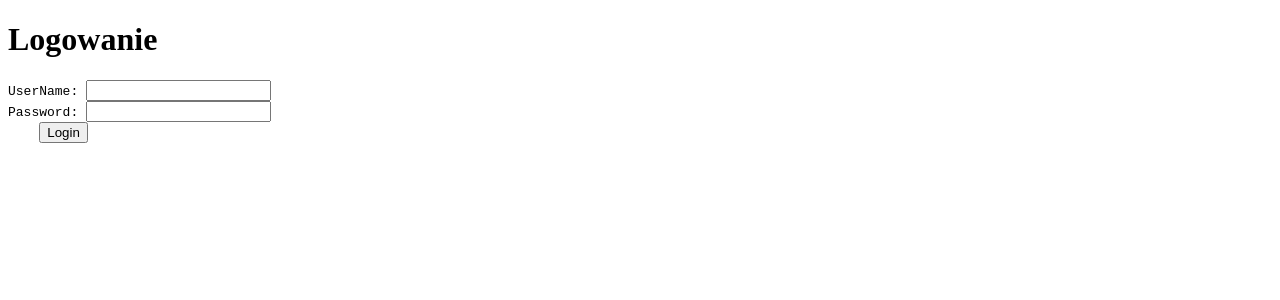
Repository: gawron921/psitab
Page: http://localhost/web01/login.jsp
The author's editor kept a copy of each file at every save. The page is drawn from the files as they stood at one save, then again after the next save.
The browser window is 1280 px wide. The pictures show the whole page.
The page is served by Tomcat 9.

Above is the page before, as saved 2020-02-26 17:16:19.

After the next save:
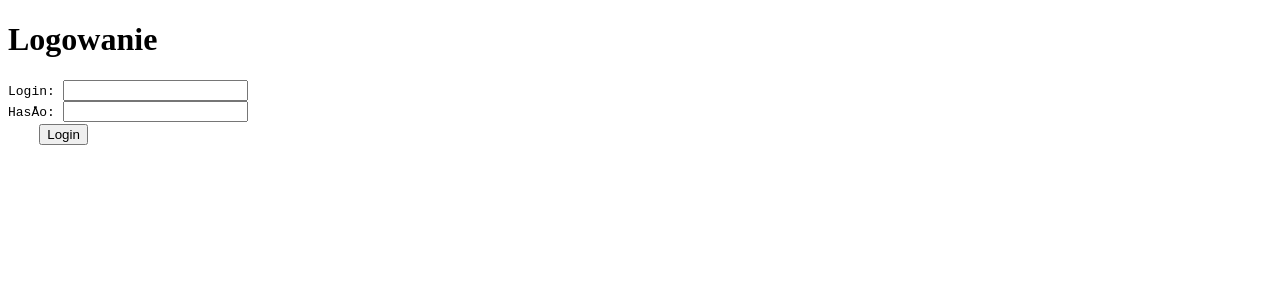
Saved 22 s later.
--- a/web01/WebContent/login.jsp
+++ b/web01/WebContent/login.jsp
@@ -1,4 +1,4 @@
-<%@ page language="java" contentType="text/html; charset=ISO-8859-1"
+<%@ page language="java" contentType="text/html; charset=utf-8"
   pageEncoding="ISO-8859-1"%>
 <!DOCTYPE html PUBLIC "-//W3C//DTD HTML 4.01 Transitional//EN" "http://www.w3.org/TR/html4/loose.dtd">
 <html>
@@ -10,8 +10,8 @@
   <h1>Logowanie</h1>
   <form action="UserProfile" method="post">
     <pre>
-UserName: <input type="text" name="username">
-Password: <input type="password" name="userpass">
+Login: <input type="text" name="username">
+Hasło: <input type="password" name="userpass">
     <input type="submit" value="Login">
 </pre>
   </form>
